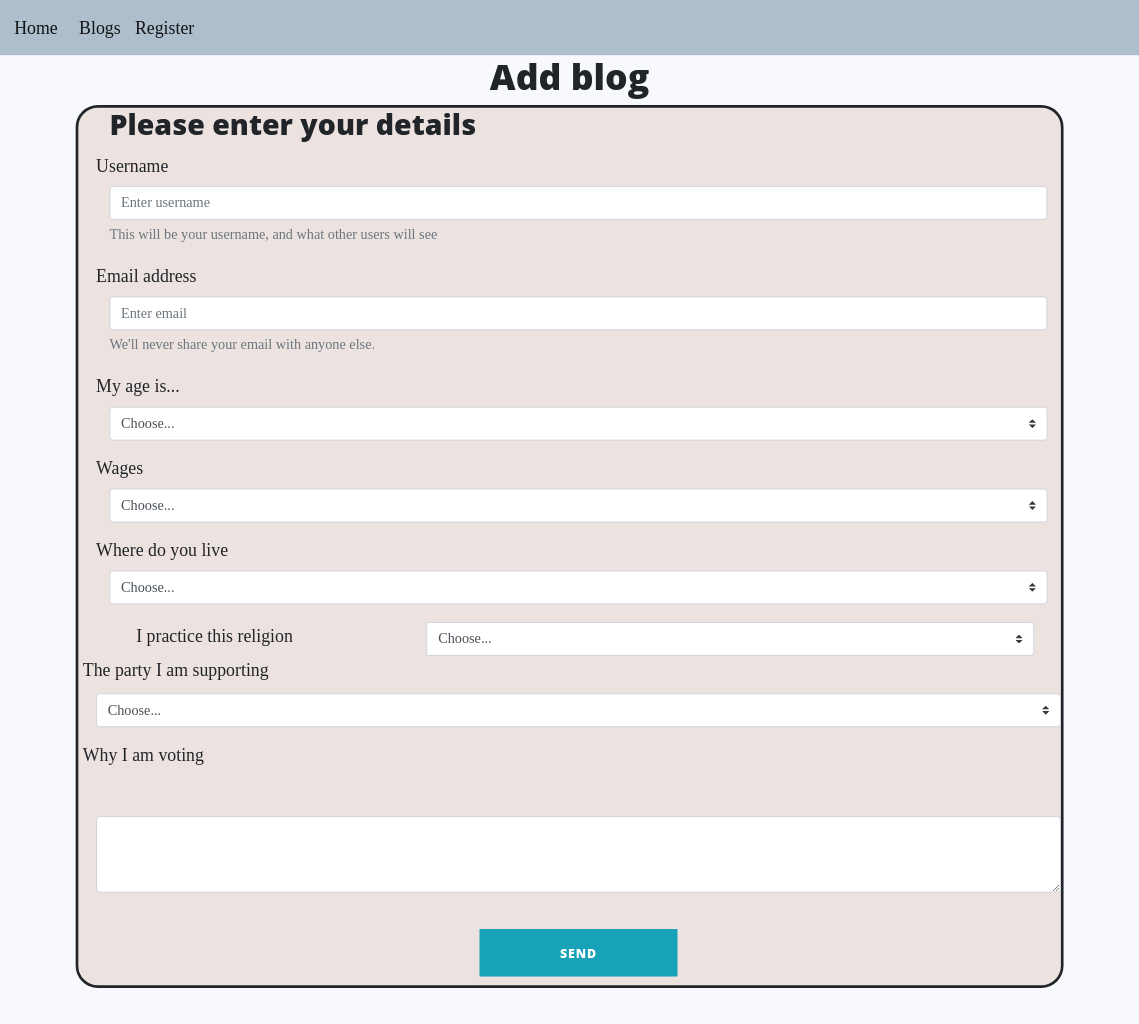
Repository: Rudancy/ms3
Page: templates/add_blog.html
The author's editor kept a record of every edit. The page is drawn from the files as they stood at one moment, then again after the next edit.
The browser window is 1280 px wide. The pictures show the whole page, at 89% of full size.
Some web libraries are served in a nearby version. The template is drawn by Flask 3. The application's start-up code is not run. The template is opened directly, without the code that normally fills it, so the values that code supplies are empty.

Above is the page before.

After the next edit:
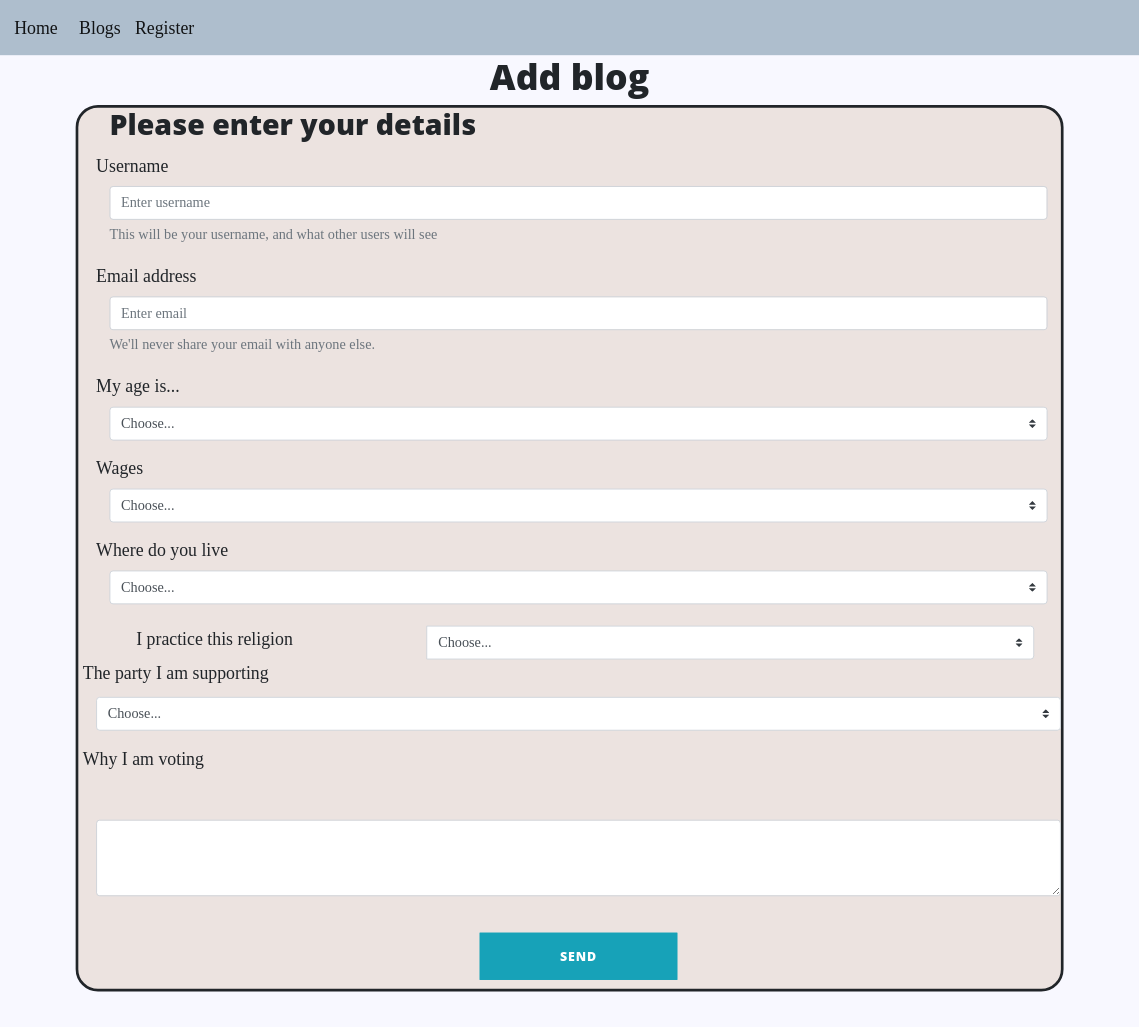
The edit:
--- a/templates/add_blog.html
+++ b/templates/add_blog.html
@@ -101,7 +101,9 @@
                     </div>
                 </div>
             </div>
+             <div class="row mb-1">
 
+    </div>
 
             <div class="col-12">
                 <div class="input-group">
